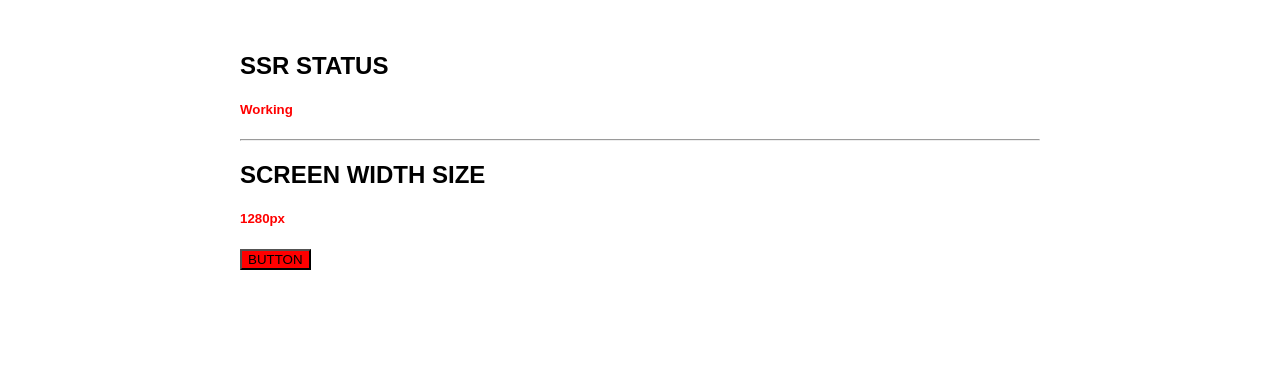
Repository: adrihle/screen-detector-nextpwa
Page: /
An editor plug-in stored every save of this project. The page is shown before and after the next save, followed by the edit.
The browser window is 1280 px wide. The pictures show the whole page.
The project was rebuilt for these pictures with package versions that can differ from the ones it lists, and the page was loaded fresh each time. The framework's server and built-in components were replaced by stand-ins that run in the browser. Imported but missing from the stored project, and not drawn on this page: pages/_document.

Above is the page before, as saved 2020-12-28 12:56:32.

### pages/_app.js
import App, { Container } from "next/app";
import Head from "next/head";
import styled, { createGlobalStyle } from "styled-components";
import { title } from "./_document";

// Any global CSS variables and selectors we want
const GlobalStyle = createGlobalStyle`
  :root {
    --padding: 2rem;
    --max-width: 50rem;
  }

  body {
    background: var(--background--1);
    font-family: 'PT Sans', sans-serif;
    margin: 0;
  }
`;

const Main = styled.main`
  margin: 0 auto;
  max-width: var(--max-width);
  padding: var(--padding);
`;

export default class MyApp extends App {
  static async getInitialProps({ Component, ctx }) {
    let pageProps = {};

    if (Component.getInitialProps) {
      pageProps = await Component.getInitialProps(ctx);
    }

    return { pageProps };
  }

  render() {
    const { Component, pageProps, router } = this.props;

    return (
      <>
        <Head>
          <title>{title}</title>
        </Head>
        <Container>
          <Main>
            <Component {...pageProps} router={router} />
          </Main>
          <GlobalStyle />
        </Container>
      </>
    );
  }
}

### pages/index.js
import { useEffect, useState } from 'react'





const Index = ({ server }) => {

  const [size, setSize] = useState()

  useEffect(() => {
    const handleSize = () => setSize(window.innerWidth)
    handleSize()
    window.addEventListener('resize', handleSize)
    return () => {window.removeEventListener('resize', handleSize)}
  },[])

  const width = size + 'px'

  const btnWidth = width / 2

  return (
    <>
      <h2>SSR STATUS</h2>
      <h5 style={{color:'red'}}>{server ? 'Working' : 'Not Working'}</h5>
      <hr />
      <h2>SCREEN WIDTH SIZE</h2>
      <h5 style={{color:'red'}}>{width}</h5>
      <button style={{background:'red', width:btnWidth}}>BUTTON</button>
    </>
  )
}

Index.getInitialProps = async function() {
  return {
    server: true,
  }
};

export default Index;

After the next save:
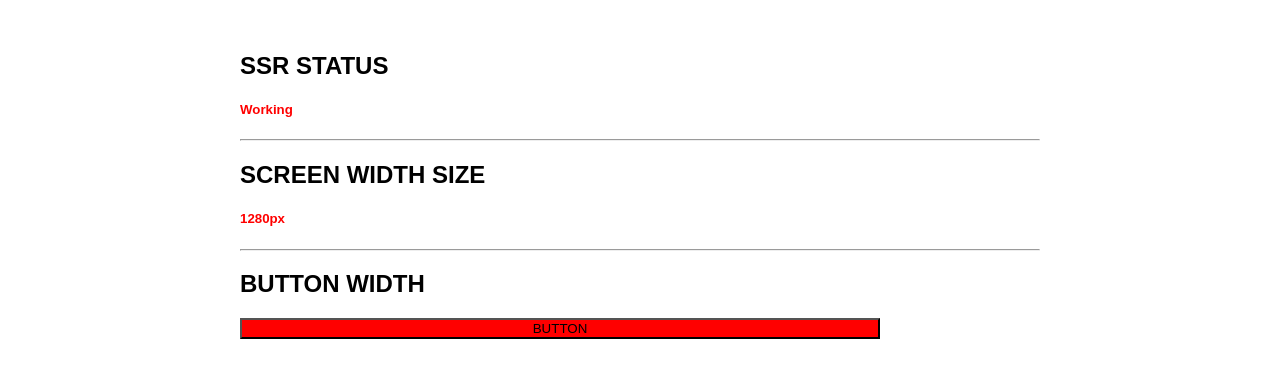
Saved 32 s later.
--- a/pages/index.js
+++ b/pages/index.js
@@ -17,7 +17,7 @@ const Index = ({ server }) => {
 
   const width = size + 'px'
 
-  const btnWidth = width / 2
+  const btnWidth = size / 2
 
   return (
     <>
@@ -26,6 +26,9 @@ const Index = ({ server }) => {
       <hr />
       <h2>SCREEN WIDTH SIZE</h2>
       <h5 style={{color:'red'}}>{width}</h5>
+      <hr/>
+      <h2>BUTTON WIDTH</h2>
+
       <button style={{background:'red', width:btnWidth}}>BUTTON</button>
     </>
   )
